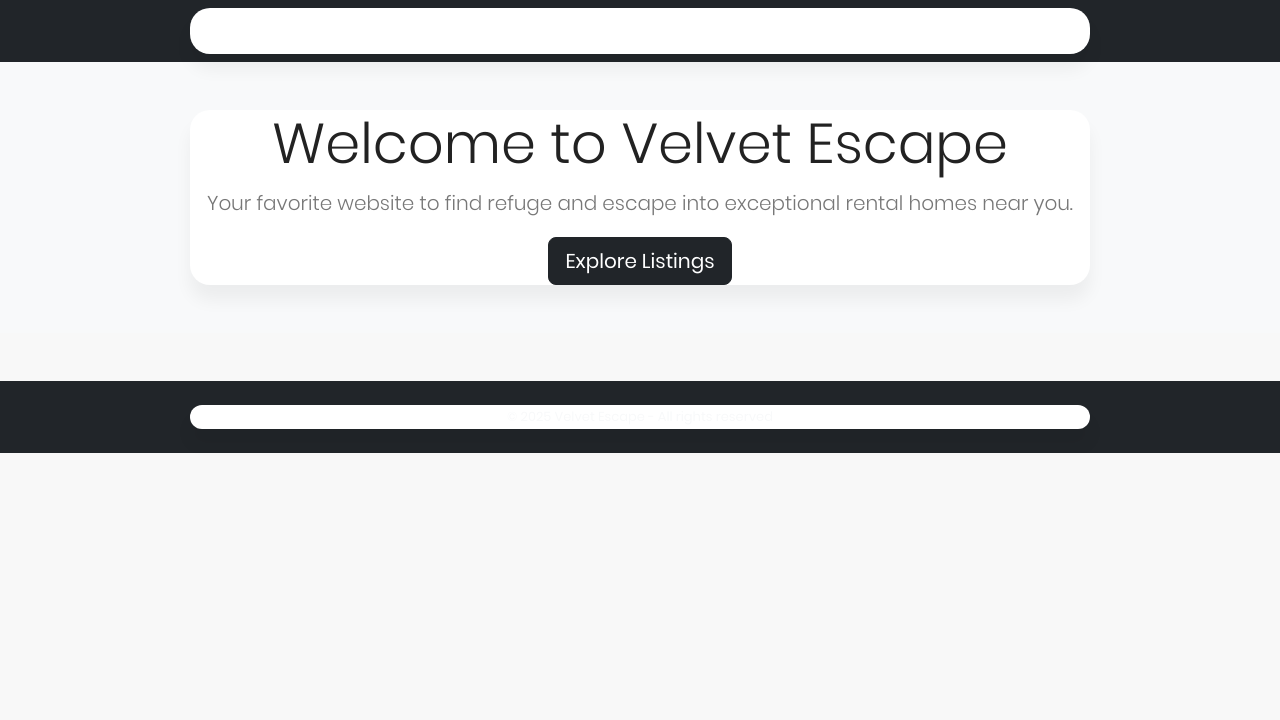
Repository: SaharGab/LocationsMaisons-JavaEE-VelvetEscape
Page: http://localhost/LocationMaisons/pages/index.jsp
An editor plug-in stored every save of this project. The page is shown before and after the next save, followed by the edit.
The browser window is 1280 px wide. The pictures show the whole page.
The page is served by Tomcat 10. Other server files are loaded and not shown.

Above is the page before, as saved 2025-04-27 17:39:09.

### LocationMaisons/src/main/webapp/pages/index.jsp
<%@ page contentType="text/html;charset=UTF-8" language="java" %>
<%@ page session="true" %>
<%@ taglib uri="http://java.sun.com/jsp/jstl/core" prefix="c" %>
<%@ taglib uri="http://java.sun.com/jsp/jstl/functions" prefix="fn" %>

<!DOCTYPE html>
<html lang="fr">
<head>
    <meta charset="UTF-8">
    <title>Accueil - Velvet Escape</title>
    <meta name="viewport" content="width=device-width, initial-scale=1">

    <!-- Bootstrap -->
    <link href="https://cdn.jsdelivr.net/npm/bootstrap@5.3.0/dist/css/bootstrap.min.css" rel="stylesheet">

    <!-- Font Icon -->
    <link rel="stylesheet" href="../fonts/material-icon/css/material-design-iconic-font.min.css">

    <!-- Style -->
    <link rel="stylesheet" href="../css/style.css">

    <style>
        .avatar-circle {
            width: 40px;
            height: 40px;
            background-color: #6c757d;
            color: white;
            border-radius: 50%;
            display: inline-flex;
            align-items: center;
            justify-content: center;
            font-weight: bold;
            text-transform: uppercase;
            font-size: 18px;
        }
    </style>
</head>

<body>

<%
    String message = (String) session.getAttribute("message");
    if (message != null) {
%>
    <div class="alert alert-success alert-dismissible fade show m-3" role="alert">
        <%= message %>
        <button type="button" class="btn-close" data-bs-dismiss="alert" aria-label="Close"></button>
    </div>
<%
        session.removeAttribute("message");
    }
%>

<!-- Navbar -->
<nav class="navbar navbar-expand-lg navbar-dark bg-dark">
    <div class="container">
        <a class="navbar-brand" href="index.jsp">Velvet Escape</a>
        <button class="navbar-toggler" type="button" data-bs-toggle="collapse" data-bs-target="#navbarNav">
            <span class="navbar-toggler-icon"></span>
        </button>
        <div class="collapse navbar-collapse justify-content-end" id="navbarNav">
            <ul class="navbar-nav align-items-center">
                <c:choose>
                    <c:when test="${empty user}">
                        <li class="nav-item me-3">
                            <a class="nav-link" href="pages/login.jsp">Se connecter</a>
                        </li>
                        <li class="nav-item me-3">
                            <a class="nav-link" href="pages/register.jsp">S'inscrire</a>
                        </li>
                    </c:when>
                    <c:otherwise>
                        <li class="nav-item me-3">
                            <div class="avatar-circle" title="${user.getPrenom()} ${user.getNom()}">
                                ${fn:substring(user.getPrenom(), 0, 1)}${fn:substring(user.getNom(), 0, 1)}
                            </div>
                        </li>
                        <li class="nav-item me-3">
                            <span class="text-white">${user.getPrenom()} ${user.getNom()}</span>
                        </li>
                        <li class="nav-item">
                            <a class="nav-link" href="LogoutServletClient">
                                <i class="fas fa-sign-out-alt"></i> Déconnexion
                            </a>
                        </li>
                    </c:otherwise>
                </c:choose>
            </ul>
        </div>
    </div>
</nav>

<!-- Hero -->
<header class="bg-light text-center py-5">
    <div class="container">
        <h1 class="display-4">Welcome to Velvet Escape</h1>
        <p class="lead">Your favorite website to find refuge and escape into exceptional rental homes near you.</p>
        <a href="explore.jsp" class="btn btn-dark btn-lg mt-3">Explore Listings</a>
    </div>
</header>

<!-- Footer -->
<footer class="bg-dark text-light text-center py-4 mt-5">
    <div class="container">
        &copy; 2025 Velvet Escape - All rights reserved
    </div>
</footer>

<!-- Bootstrap JS -->
<script src="https://cdn.jsdelivr.net/npm/bootstrap@5.3.0/dist/js/bootstrap.bundle.min.js"></script>

</body>
</html>

Loaded but not shown: LocationMaisons/src/main/webapp/fonts/material-icon/css/material-design-iconic-font.min.css (library); LocationMaisons/src/main/webapp/css/style.css (636 lines, source omitted)

After the next save:
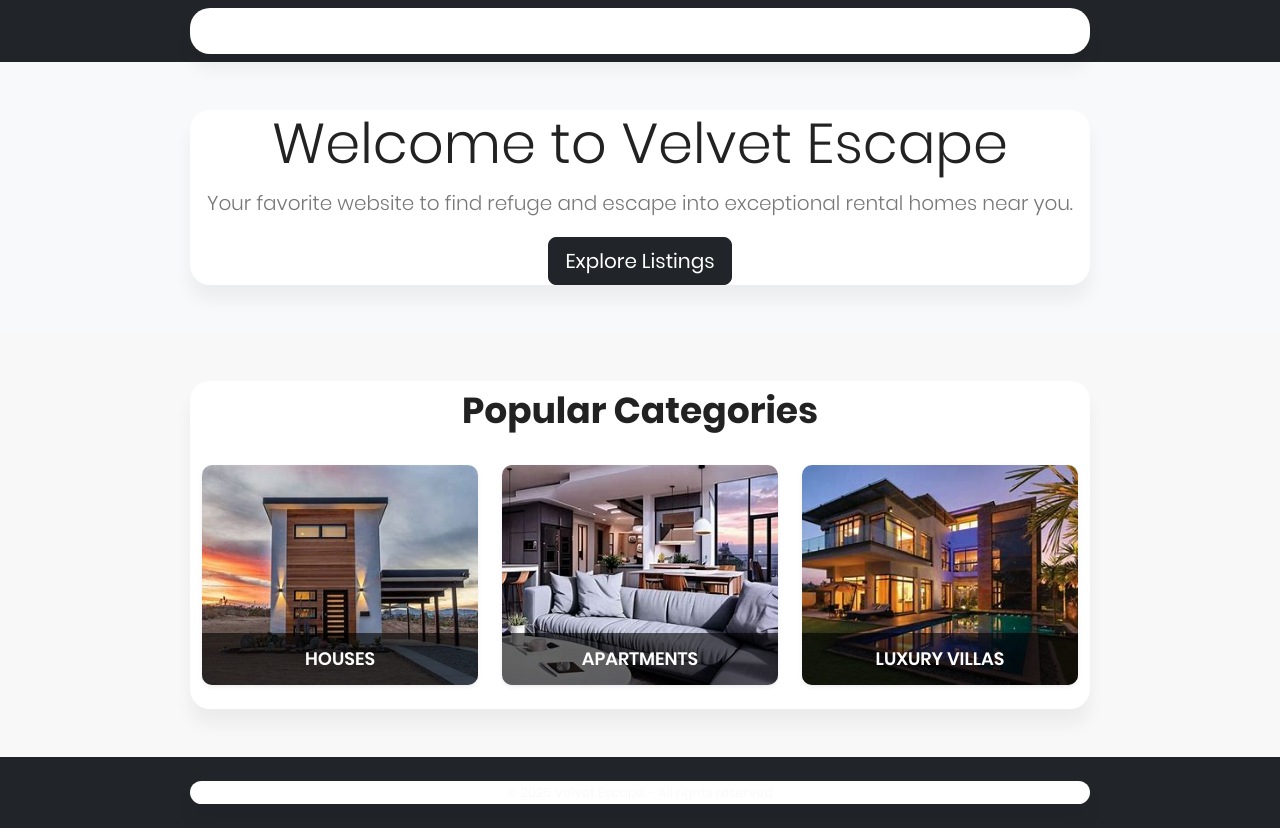
Saved 99 s later.
--- a/LocationMaisons/src/main/webapp/pages/index.jsp
+++ b/LocationMaisons/src/main/webapp/pages/index.jsp
@@ -12,10 +12,8 @@
 
     <!-- Bootstrap -->
     <link href="https://cdn.jsdelivr.net/npm/bootstrap@5.3.0/dist/css/bootstrap.min.css" rel="stylesheet">
-
     <!-- Font Icon -->
     <link rel="stylesheet" href="../fonts/material-icon/css/material-design-iconic-font.min.css">
-
     <!-- Style -->
     <link rel="stylesheet" href="../css/style.css">
 
@@ -32,6 +30,46 @@
             font-weight: bold;
             text-transform: uppercase;
             font-size: 18px;
+        }
+
+        .category-card {
+            position: relative;
+            overflow: hidden;
+            border-radius: 10px;
+            transition: transform 0.3s ease, box-shadow 0.3s ease;
+        }
+
+        .category-card:hover {
+            transform: scale(1.05);
+            box-shadow: 0 12px 25px rgba(0, 0, 0, 0.2);
+        }
+
+        .category-img {
+            width: 100%;
+            height: 220px;
+            object-fit: cover;
+            transition: transform 0.3s ease;
+        }
+
+        .category-card:hover .category-img {
+            transform: scale(1.08);
+        }
+
+        .category-label {
+            position: absolute;
+            bottom: 0;
+            background: rgba(0, 0, 0, 0.6);
+            color: #fff;
+            width: 100%;
+            padding: 10px 0;
+            font-size: 18px;
+            font-weight: 600;
+            text-transform: uppercase;
+        }
+
+        .category-link {
+            text-decoration: none;
+            color: inherit;
         }
     </style>
 </head>
@@ -63,10 +101,10 @@
                 <c:choose>
                     <c:when test="${empty user}">
                         <li class="nav-item me-3">
-                            <a class="nav-link" href="pages/login.jsp">Se connecter</a>
+                            <a class="nav-link" href="login.jsp">Se connecter</a>
                         </li>
                         <li class="nav-item me-3">
-                            <a class="nav-link" href="pages/register.jsp">S'inscrire</a>
+                            <a class="nav-link" href="register.jsp">S'inscrire</a>
                         </li>
                     </c:when>
                     <c:otherwise>
@@ -99,6 +137,44 @@
     </div>
 </header>
 
+<!-- Section Categories -->
+<section class="container my-5">
+    <h2 class="text-center mb-4">Popular Categories</h2>
+    <div class="row text-center justify-content-center">
+
+        <!-- Category 1 -->
+        <div class="col-md-4 mb-4">
+            <a href="explore.jsp?cat=house" class="category-link">
+                <div class="category-card shadow-sm">
+                    <img src="../images/houses.jpeg" alt="House" class="category-img">
+                    <div class="category-label">Houses</div>
+                </div>
+            </a>
+        </div>
+
+        <!-- Category 2 -->
+        <div class="col-md-4 mb-4">
+            <a href="explore.jsp?cat=apartment" class="category-link">
+                <div class="category-card shadow-sm">
+                    <img src="../images/appart.jpeg" alt="Apartment" class="category-img">
+                    <div class="category-label">Apartments</div>
+                </div>
+            </a>
+        </div>
+
+        <!-- Category 3 -->
+        <div class="col-md-4 mb-4">
+            <a href="explore.jsp?cat=villa" class="category-link">
+                <div class="category-card shadow-sm">
+                    <img src="../images/luxury.jpeg" alt="Luxury Villa" class="category-img">
+                    <div class="category-label">Luxury Villas</div>
+                </div>
+            </a>
+        </div>
+
+    </div>
+</section>
+
 <!-- Footer -->
 <footer class="bg-dark text-light text-center py-4 mt-5">
     <div class="container">
